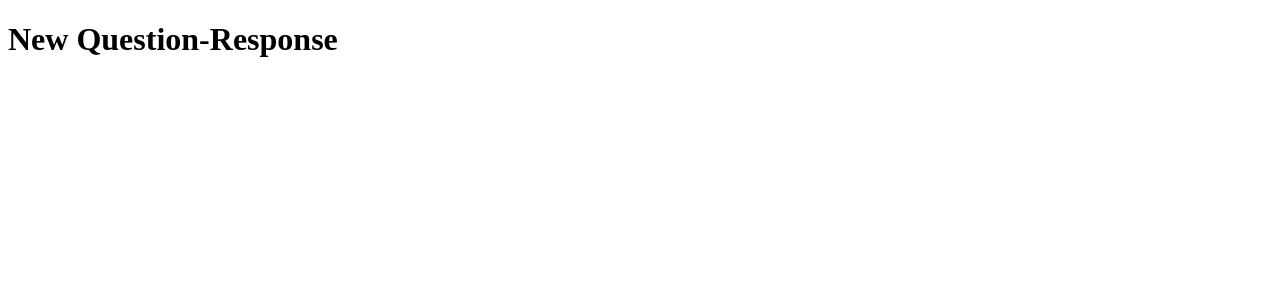
Repository: sarahhtn/CS108_final_project
Page: QuizWebsite/WebContent/CreateQR.html
An editor plug-in stored every save of this project. The page is shown before and after the next save, followed by the edit.
The browser window is 1280 px wide. The pictures show the whole page.

Above is the page before, as saved 2013-11-16 20:54:51.

### QuizWebsite/WebContent/CreateQR.html
<!DOCTYPE html PUBLIC "-//W3C//DTD HTML 4.01 Transitional//EN" "http://www.w3.org/TR/html4/loose.dtd">
<html>
<head>
<meta http-equiv="Content-Type" content="text/html; charset=UTF-8">
<title>Create a Question-Response</title>
</head>
<body>
<h1>New Question-Response</h1>

</body>
</html>

After the next save:
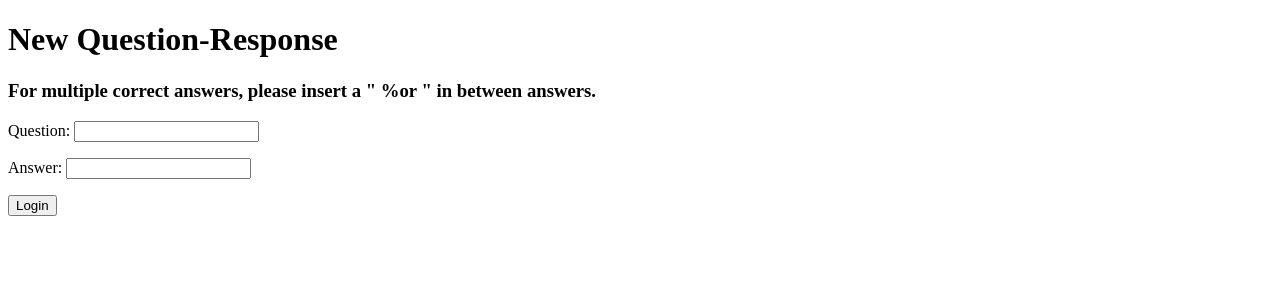
Saved 9 min 32 s later.
--- a/QuizWebsite/WebContent/CreateQR.html
+++ b/QuizWebsite/WebContent/CreateQR.html
@@ -2,10 +2,17 @@
 <html>
 <head>
 <meta http-equiv="Content-Type" content="text/html; charset=UTF-8">
-<title>Create a Question-Response</title>
+<title>Create a New Question-Response</title>
 </head>
 <body>
 <h1>New Question-Response</h1>
+<h3>For multiple correct answers, please insert a " %or " in between answers.</h3>
+
+<form action="QRServlet" method="post">
+<p>Question: <input type="text" name="name" /></p>
+<p>Answer: <input type="password" name="pw" /></p>
+<input type="submit" value="Login"/>
+</form>
 
 </body>
 </html>
